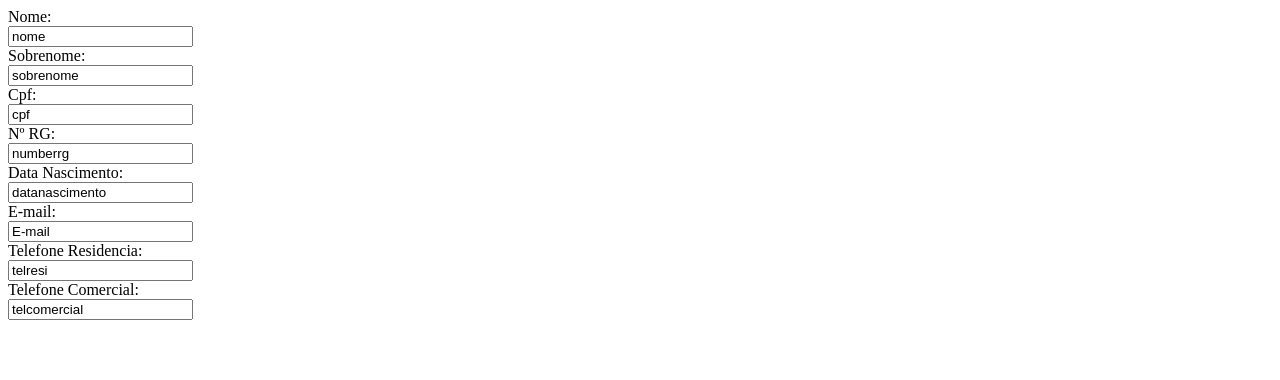
Repository: samaelsimoes/ong-cepe
Page: ong-cepe/WebContent/privado/formulario/pesfisica.html
An editor plug-in stored every save of this project. The page is shown before and after a run of saves, followed by the edit.
The browser window is 1280 px wide. The pictures show the whole page.

Above is the page before, as saved 2017-08-13 19:03:31.

After the next 2 saves:
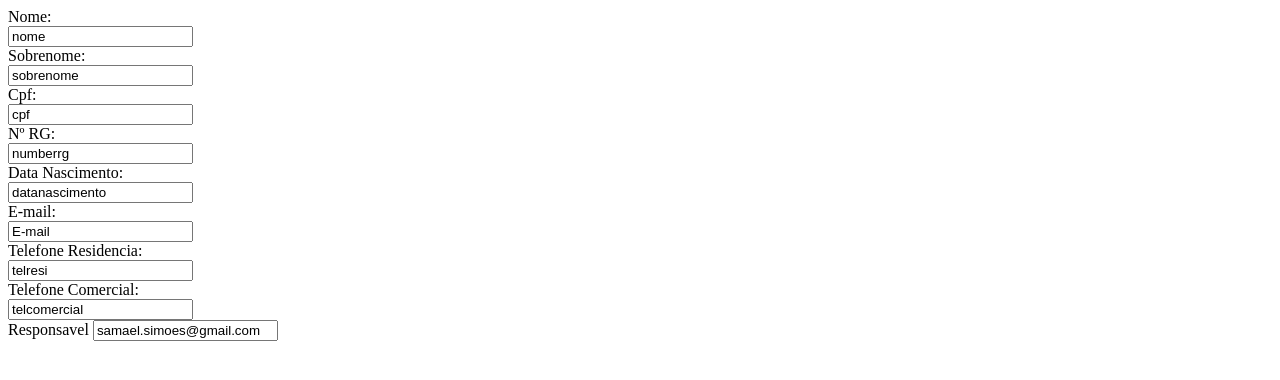
The 2 saves are shown as one change because they came seconds apart.
The last was saved 32 s later.
--- a/ong-cepe/WebContent/privado/formulario/pesfisica.html
+++ b/ong-cepe/WebContent/privado/formulario/pesfisica.html
@@ -74,3 +74,12 @@
         </div>
     </div>
 </div>
+
+ <div class="form-group row">
+    <div class="col-xs-6 col-md-10">
+
+        <label for="example-email-input" class="col-2 col-form-label">Responsavel</label>
+
+        <input class="form-control" type="email" value="samael.simoes@gmail.com" id="responsavel">
+    </div>
+</div>
